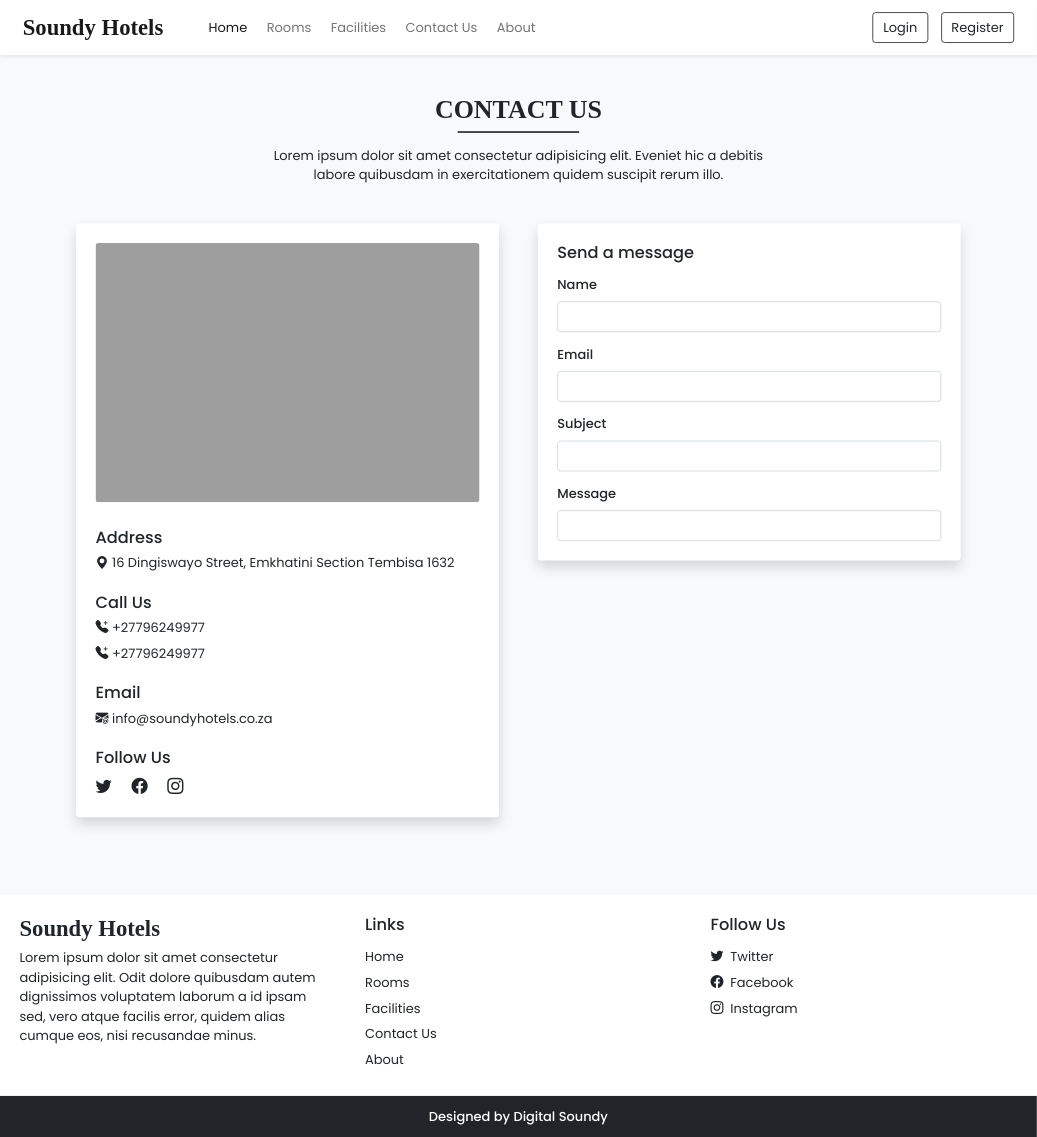
Repository: spencersoundy/Hotel-Booking-App
Page: http://localhost/contact.php
These files come from the project's save history. The page is drawn as it stood at one moment and after a run of saves; the edit follows.
The browser window is 1280 px wide. The pictures show the whole page, at 81% of full size.
Pictures or frames that could not be fetched are drawn as grey boxes. Some web fonts or font styles are not loaded; a fallback is used. The page is run by PHP 8.4 with error messages shown; the project is at /var/www/html/.

Above is the page before, as saved 2023-08-05 00:01:41.

### contact.php
<!DOCTYPE html>
<html lang="en">
<head>
    <meta charset="UTF-8">
    <meta http-equiv="X-UA-Compatible" content="IE=edge">
    <meta name="viewport" content="width=device-width, initial-scale=1.0">
    <title>Soundy Hotels - CONTACT</title>
    <?php require('inc/links.php') ?>
</head>
<body class="bg-light">

<?php require('inc/header.php') ?>

<div class="my-5 px-4">
    <h2 class="fw-bold h-font text-center">CONTACT US</h2>
    <div class="h-line bg-dark"></div>
    <p class="text-center mt-3">
        Lorem ipsum dolor sit amet consectetur adipisicing elit.
        Eveniet hic a debitis <br> labore quibusdam in exercitationem
        quidem suscipit rerum illo.
    </p>
</div>

<div class="container">
    <div class="row">
        <div class="col-lg-6 col-md-6 mb-5 px-4">
            <div class="bg-white rounded shadow p-4">
                <iframe class="w-100 rounded mb-4" height="320px" src="https://www.google.com/maps/embed?pb=!1m18!1m12!1m3!1d3585.708810342345!2d28.2120409827257!3d-26.010354497291896!2m3!1f0!2f0!3f0!3m2!1i1024!2i768!4f13.1!3m3!1m2!1s0x1e956bf2ad5976c9%3A0x6f9e0753eef116a!2s16%20Dingiswayo%20St%2C%20Emkantini%2C%20Tembisa%2C%201632!5e0!3m2!1sen!2sza!4v1691170736196!5m2!1sen!2sza" loading="lazy"></iframe>

                    <h5>Address</h5>
                <a href="https://goo.gl/maps/Av7G3xEeVXWeW6kQ6" target="_blank" class="d-line-block text-decoration-none text-dark mb-2">
                <i class="bi bi-geo-alt-fill"></i> 16 Dingiswayo Street, Emkhatini Section Tembisa 1632
                </a>

                <h5 class="mt-4">Call Us</h5>
                <a href="Tell: +27796249977" class="d-inline-block mb-2 text-decoration-none text-dark">
                    <i class="bi bi-telephone-plus-fill"></i> +27796249977
                </a>
                <br>
                <a href="Tell: +27796249977" class="d-inline-block text-decoration-none text-dark">
                    <i class="bi bi-telephone-plus-fill"></i> +27796249977
                </a>

                <h5 class="mt-4">Email</h5>
                <a href="mailto: info@soundyhotels.co.za" class="d-inline-block text-decoration-none text-dark">
                    <i class="bi bi-envelope-at-fill"></i> info@soundyhotels.co.za
                </a>

                <h5 class="mt-4">Follow Us</h5>
                <a href="#" class="d-inline-block text-dark fs-5 me-3">
                        <i class="bi bi-twitter me-1"></i>
                </a>
                <a href="#" class="d-inline-block text-dark fs-5 me-3">
                        <i class="bi bi-facebook me-1"></i>
                </a>
                <a href="#" class="d-inline-block">
                        <i class="bi bi-instagram me-1 text-dark fs-5"></i>
                </a>
            </div>
        </div>
        <div class="col-lg-6 col-md-6 px-4">
            <div class="bg-white rounded shadow p-4">
                <form>
                    <h5>Send a message</h5>
                    <div class="mt-3">
                        <label class="form-label"style="font-weight: 500;">Name</label>
                        <input type="text" class="form-control shadow-none">
                    </div>
                    <div class="mt-3">
                        <label class="form-label"style="font-weight: 500;">Email</label>
                        <input type="email" class="form-control shadow-none">
                    </div>
                    <div class="mt-3">
                        <label class="form-label"style="font-weight: 500;">Subject</label>
                        <input type="text" class="form-control shadow-none">
                    </div>
                    <div class="mt-3">
                        <label class="form-label"style="font-weight: 500;">Message</label>
                        <input type="text" class="form-control shadow-none">
                    </div>
                </form>
            </div>
        </div>
    </div>
</div>

<?php require('inc/footer.php')?>

</body>
</html>

### inc/links.php
<link href="https://cdn.jsdelivr.net/npm/bootstrap@5.0.2/dist/css/bootstrap.min.css" rel="stylesheet" integrity="sha384-EVSTQN3/azprG1Anm3QDgpJLIm9Nao0Yz1ztcQTwFspd3yD65VohhpuuCOmLASjC" crossorigin="anonymous">
<link href="https://fonts.googleapis.com/css2?family=Merienda:wght@400;700&family=Poppins:wght@400;500;600&display=swap" rel="stylesheet">
<link rel="stylesheet" href="https://cdn.jsdelivr.net/npm/bootstrap-icons@1.10.5/font/bootstrap-icons.css">
<link rel="stylesheet" href="css/common.css"/>

### inc/header.php
<nav class="navbar navbar-expand-lg navbar-light bg-white px-lg-3 py-lg-2 shadow-sm sticky-top">
    <div class="container-fluid">
        <a class="navbar-brand me-5 fw-bold fs-3 h-font" href="index.php">Soundy Hotels</a>
        <button class="navbar-toggler shadow-none" type="button" data-bs-toggle="collapse" data-bs-target="#navbarSupportedContent" aria-controls="navbarSupportedContent" aria-expanded="false" aria-label="Toggle navigation">
        <span class="navbar-toggler-icon"></span>
        </button>
        <div class="collapse navbar-collapse" id="navbarSupportedContent">
        <ul class="navbar-nav me-auto mb-2 mb-lg-0">
            <li class="nav-item">
            <a class="nav-link active me-2" aria-current="page" href="index.php">Home</a>
            </li>
            <li class="nav-item">
            <a class="nav-link me-2" href="#">Rooms</a>
            </li>
            <li class="nav-item">
            <a class="nav-link me-2" href="facilities.php">Facilities</a>
            </li><li class="nav-item">
            <a class="nav-link me-2" href="contact.php">Contact Us</a>
            </li><li class="nav-item">
            <a class="nav-link" href="about.php">About</a>
            </li>
        </ul>
        <div class="d-flex">
            <button type="button" class="btn btn-outline-dark shadow-none me-lg-3 me-2" data-bs-toggle="modal" data-bs-target="#loginModal">
                Login
            </button>
            <button type="button" class="btn btn-outline-dark shadow-none" data-bs-toggle="modal" data-bs-target="#registerModal">
                Register
            </button>
        </div>
        </div>
    </div>
    </nav>

    <div class="modal fade" id="loginModal" data-bs-backdrop="static" data-bs-keyboard="false" tabindex="-1" aria-labelledby="staticBackdropLabel" aria-hidden="true">
        <div class="modal-dialog">
            <div class="modal-content">
                <form>
                    <div class="modal-header">
                        <h5 class="modal-title d-flex align-items-center">
                            <i class="bi bi-person-circle fs-3 me-2"></i> User Login
                        </h5>
                        <button type="reset" class="btn-close shadow-none" data-bs-dismiss="modal" aria-label="Close"></button>
                    </div>
                    <div class="modal-body">
                    <div class="mb-3">
                        <label class="form-label">Email address</label>
                        <input type="email" class="form-control shadow-none">
                    </div>
                    <div class="mb-4">
                        <label class="form-label">Password</label>
                        <input type="password" class="form-control shadow-none">
                    </div>
                        <div class="d-flex align-items-center justify-content-between mb-2">
                            <button type="submit" class="btn btn-dark shadow-none">LOGIN</button>
                            <a href="javascript: void(0)" class="text-secondary text-decoration-none">Forgot Password?</a>
                        </div>
                    </div>
                </form>
            </div>
        </div>
    </div>

    <div class="modal fade" id="registerModal" data-bs-backdrop="static" data-bs-keyboard="false" tabindex="-1" aria-labelledby="staticBackdropLabel" aria-hidden="true">
        <div class="modal-dialog modal-lg">
            <div class="modal-content">
                <form>
            <div class="modal-header">
                <h5 class="modal-title d-fle align-items-center">
                    <i class="bi bi-person-lines-fill fs-3 me-2"></i> User Registration
                </h5>
                <button type="reset" class="btn-close shadow-none" data-bs-dismiss="modal" aria-label="Close"></button>
            </div>
            <div class="modal-body">
                <span class="badge rounded-pill bg-light text-dark mb-3 text-wrap lh-base">
                    Note: Your details must match with your ID (ID book/card, passport, drivers license, etc.)
                    that will be required during check-in.
                </span>
                <div class="container-fluid">
                    <div class="row">
                        <div class="col-md-6 ps-0 mb-3">
                            <label class="form-label">Name</label>
                            <input type="text" class="form-control shadow-none">
                        </div>
                        <div class="col-md-6 p-0 mb-3">
                            <label class="form-label">Email</label>
                            <input type="email" class="form-control shadow-none">
                        </div>
                        <div class="col-md-6 ps-0 mb-3">
                            <label class="form-label">Phone Number</label>
                            <input type="number" class="form-control shadow-none">
                        </div>
                        <div class="col-md-6 p-0 mb-3">
                            <label class="form-label">Picture</label>
                            <input type="file" class="form-control shadow-none">
                        </div>
                        <div class="col-md-12 p-0 mb-3">
                            <label class="form-label">Address</label>
                            <textarea class="form-control shadow-none" rows="1"></textarea>
                        </div>
                        <div class="col-md-6 ps-0 mb-3">
                            <label class="form-label">Pincode</label>
                            <input type="number" class="form-control shadow-none">
                        </div>
                        <div class="col-md-6 p-0 mb-3">
                            <label class="form-label">Date of birth</label>
                            <input type="date" class="form-control shadow-none">
                        </div>
                        <div class="col-md-6 ps-0 mb-3">
                            <label class="form-label">Password</label>
                            <input type="password" class="form-control shadow-none">
                        </div>
                        <div class="col-md-6 p-0 mb-3">
                            <label class="form-label">Confirm Password</label>
                            <input type="password" class="form-control shadow-none">
                        </div>
                    </div>
                </div>
                <div class="text-center my-1">
                    <button type="submit" class="btn btn-dark shadow-none">REGISTER</button>
                </div>
            </div>
            </form>
            </div>
  </div>
</div>

### inc/footer.php
<div class="container-fluid bg-white mt-5">

        <div class="row">
            <div class="col-lg-4 p-4">
                <h3 class="h-font fw-bold fs-3 mb-2">Soundy Hotels</h3>
                <p>
                    Lorem ipsum dolor sit amet consectetur adipisicing elit.
                    Odit dolore quibusdam autem dignissimos voluptatem laborum a id ipsam sed,
                    vero atque facilis error, quidem alias cumque eos, nisi recusandae minus.
                </p>
            </div>
            <div class="col-lg-4 p-4">
                <h5 class="mb-3">Links</h5>
                <a href="#" class="d-inline-block mb-2 text-dark text-decoration-none">Home</a><br>
                <a href="#" class="d-inline-block mb-2 text-dark text-decoration-none">Rooms</a><br>
                <a href="#" class="d-inline-block mb-2 text-dark text-decoration-none">Facilities</a><br>
                <a href="#" class="d-inline-block mb-2 text-dark text-decoration-none">Contact Us</a><br>
                <a href="#" class="d-inline-block mb-2 text-dark text-decoration-none">About</a>
            </div>
            <div class="col-lg-4 p-4">
                <h5 class="mb-3">Follow Us</h5>
                <a href="#" class="d-inline-block text-dark text-decoration-none mb-2">
                    <i class="bi bi-twitter me-1"></i> Twitter
                </a><br>
                <a href="#" class="d-inline-block text-dark text-decoration-none mb-2">
                    <i class="bi bi-facebook me-1"></i> Facebook
                </a><br>
                <a href="#" class="d-inline-block text-dark text-decoration-none">
                    <i class="bi bi-instagram me-1"></i> Instagram
                </a><br>
            </div>
        </div>
    </div>
</div>

    <h6 class="text-center bg-dark text-white p-3 m-0">Designed by Digital Soundy</h6>

    <script src="https://cdn.jsdelivr.net/npm/bootstrap@5.0.2/dist/js/bootstrap.bundle.min.js" integrity="sha384-MrcW6ZMFYlzcLA8Nl+NtUVF0sA7MsXsP1UyJoMp4YLEuNSfAP+JcXn/tWtIaxVXM" crossorigin="anonymous"></script>

### css/common.css
:root{
    --teal: #2ec1ac;
    --teal_hover: #279e8c;
}

*{
    font-family: 'Poppins', sans-serif;
}
.h-font{
    font-family: 'Merienda', cursive;
}

input::-webkit-outer-spin-button,
input::-webkit-inner-spin-button {
-webkit-appearance: none;
margin: 0;
}

input[type=number] {
-moz-appearance: textfield;
}

.custom-bg{
    background-color: var(--teal);
    border: 1px solid var(--teal);
}
.custom-bg:hover{
    background-color: var(--teal_hover);
    border-color: var(--teal_hover);
}

.h-line{
    width: 150px;
    margin: 0 auto;
    height: 1.7px;
}

After the next 2 saves:
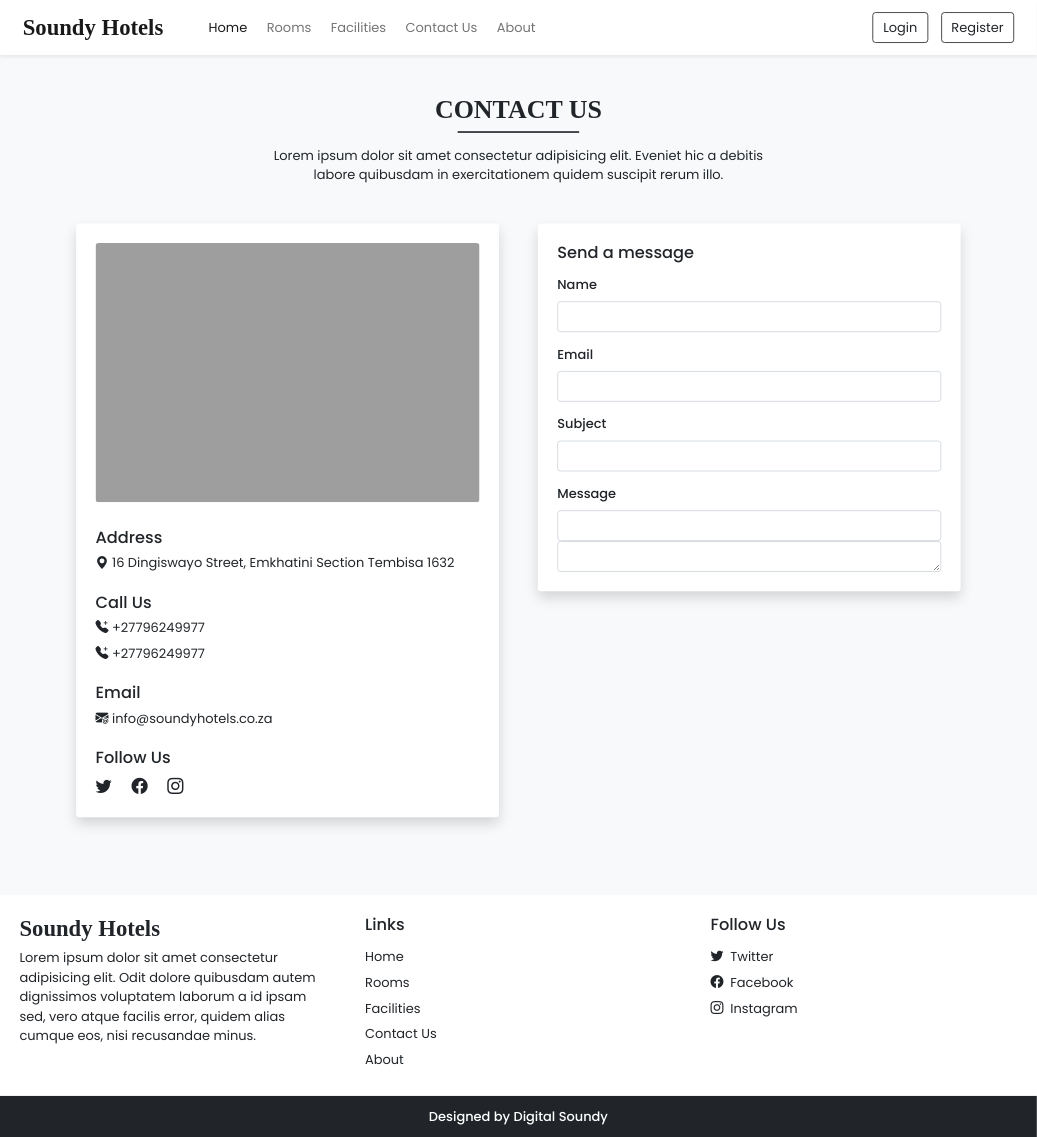
The 2 saves are shown as one change because they came seconds apart.
The last was saved 69 s later.
--- a/contact.php
+++ b/contact.php
@@ -77,6 +77,7 @@
                     <div class="mt-3">
                         <label class="form-label"style="font-weight: 500;">Message</label>
                         <input type="text" class="form-control shadow-none">
+                        <textarea class="form-control shadow-none" rows="1"></textarea>
                     </div>
                 </form>
             </div>

After the save that followed:
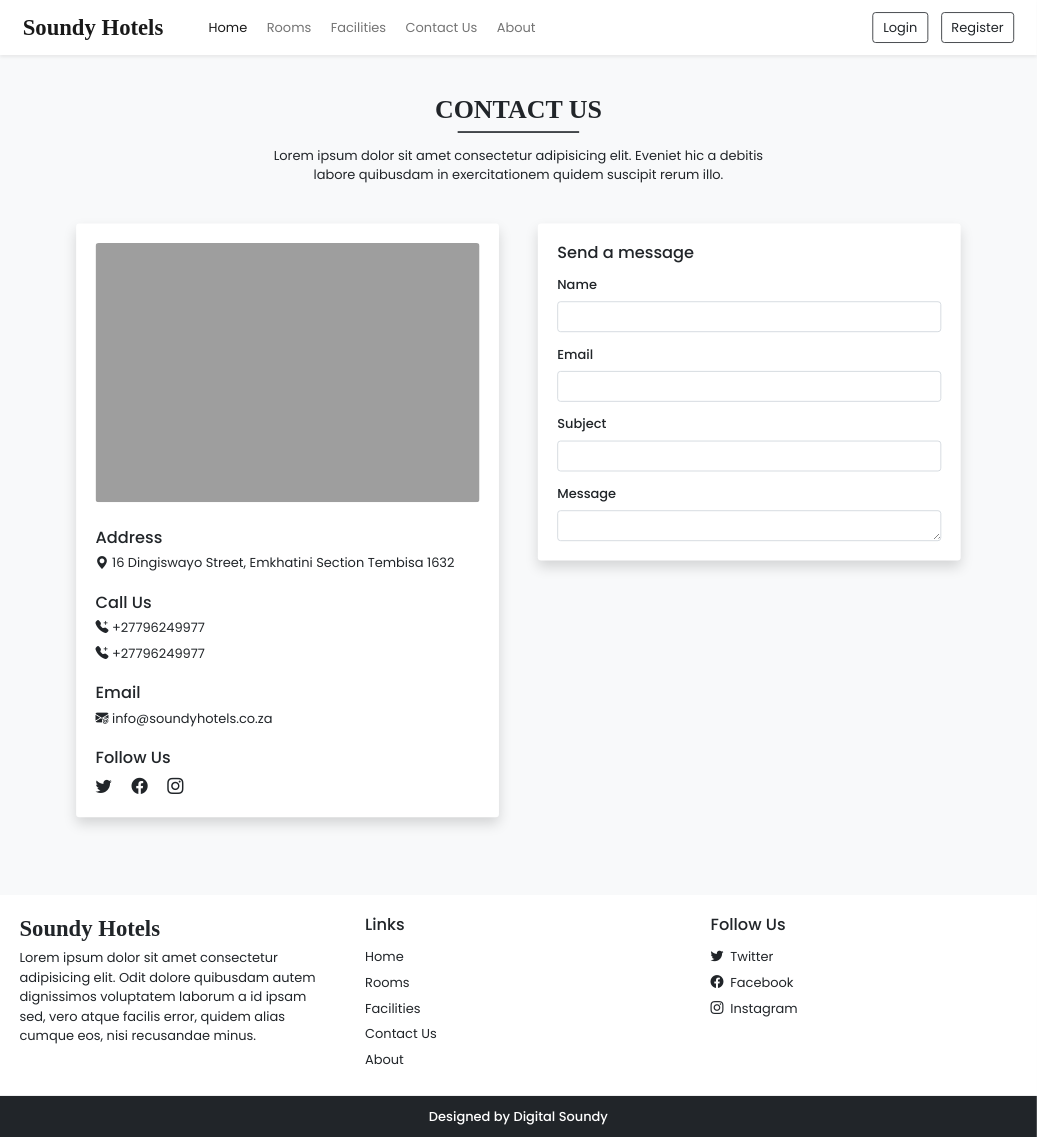
Saved 4 s later.
--- a/contact.php
+++ b/contact.php
@@ -76,7 +76,6 @@
                     </div>
                     <div class="mt-3">
                         <label class="form-label"style="font-weight: 500;">Message</label>
-                        <input type="text" class="form-control shadow-none">
                         <textarea class="form-control shadow-none" rows="1"></textarea>
                     </div>
                 </form>
